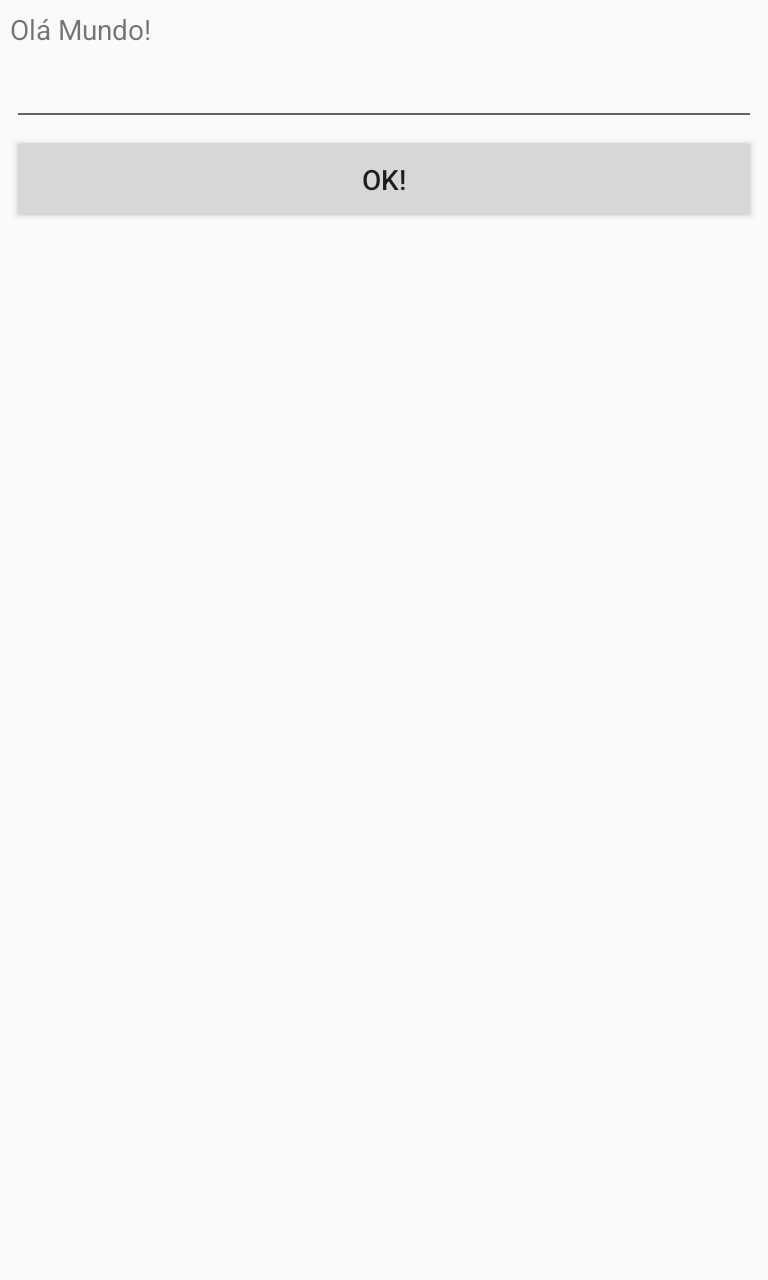
Repository: KaioWeb1/app-minhaCidade
Layout: OlaMundo/res/layout/principal.xml
An editor plug-in stored every save of this project. The layout is shown before and after the next save, followed by the edit.
It is drawn on a 768 x 1280 px phone screen (xhdpi) without system bars, with theme AppTheme; the app's code is not run.

Above is the layout before, as saved 2014-09-05 14:55:00.

After the next save:
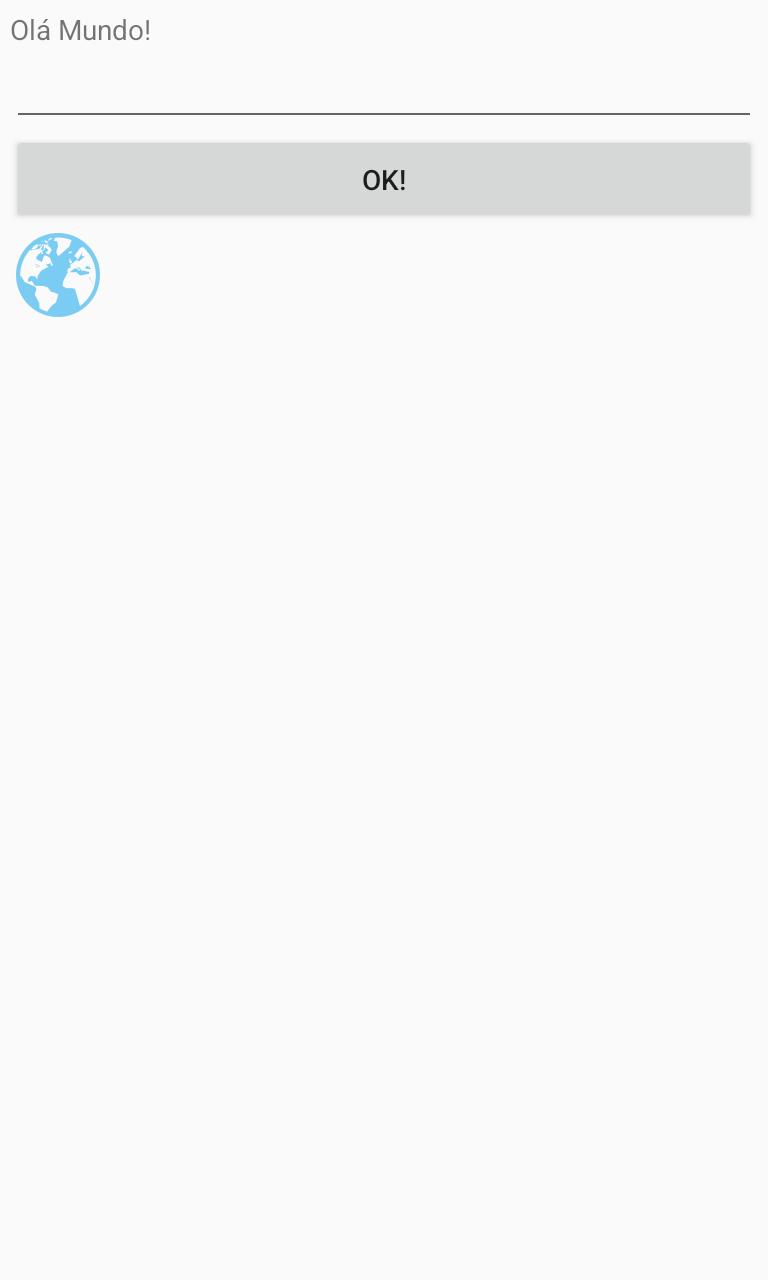
Saved 10 s later.
--- a/OlaMundo/res/layout/principal.xml
+++ b/OlaMundo/res/layout/principal.xml
@@ -25,6 +25,8 @@
 
     <ImageView
         android:src="@drawable/ic_launcher"
+        android:layout_width="wrap_content"
+        android:layout_height="wrap_content"
         />
 
 </LinearLayout>

After the 5 saves that followed:
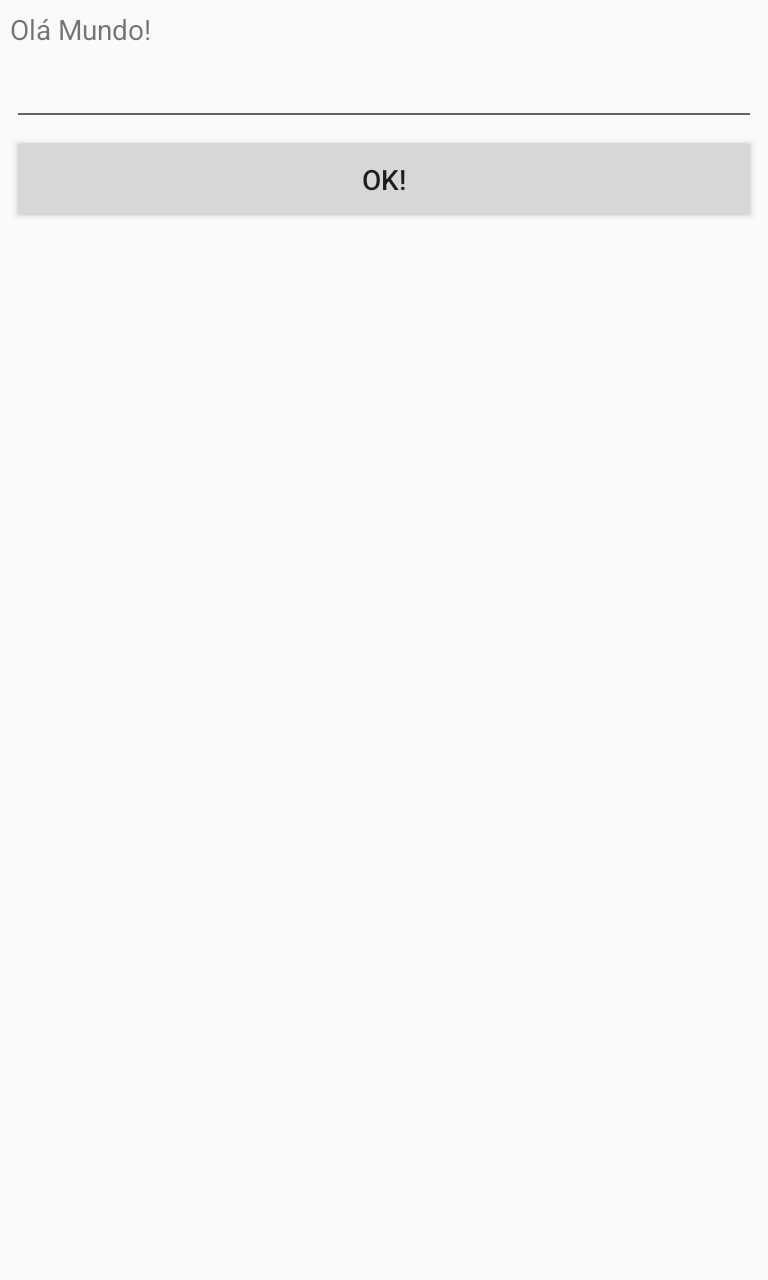
The 5 saves are shown as one change because 3 left the picture as it was and some came seconds apart.
The last was saved 2 min 27 s later.
--- a/OlaMundo/res/layout/principal.xml
+++ b/OlaMundo/res/layout/principal.xml
@@ -4,6 +4,7 @@
     android:layout_height="match_parent"
     android:padding="5dp"
     android:orientation="vertical"
+
     >
 
     <TextView
@@ -23,10 +24,5 @@
         android:text="@string/ok"
         />
 
-    <ImageView
-        android:src="@drawable/ic_launcher"
-        android:layout_width="wrap_content"
-        android:layout_height="wrap_content"
-        />
 
 </LinearLayout>
